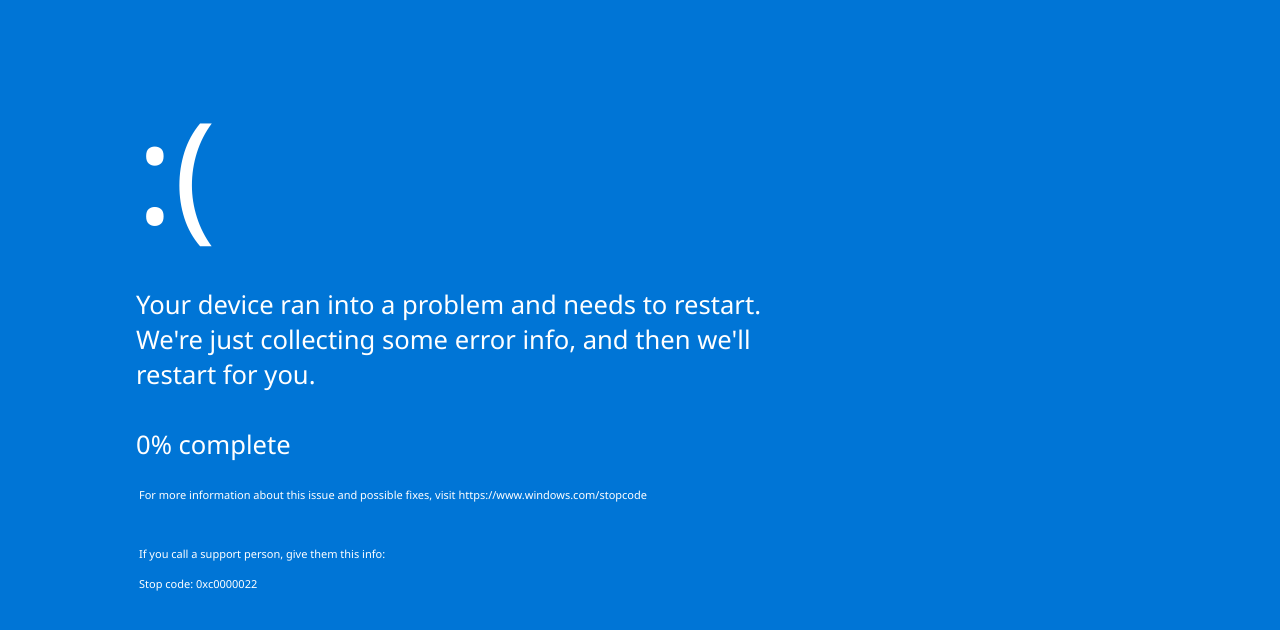
Repository: end888160/end888160.github.io
Page: BSoD2.html
The author's editor kept a copy of each file at every save. The page is drawn from the files as they stood at one save, then again after the next save.
The browser window is 1280 px wide. The pictures show the whole page.

Above is the page before, as saved 2024-09-22 23:18:07.

### BSoD2.html
<!DOCTYPE html>
<html lang="en">
	<meta name="viewport" content="width=device-width, initial-scale=1">
<style>
   html {
		font-family: 'Segoe UI', Tahoma, Geneva, Verdana, sans-serif!important;
		background-color: #0075d6!important;
		color:#ffffff!important;
		padding-left: 10vw;
	}

	#face {
		padding-top: 9vh;
		font-weight: 300;
		font-size: 11vw;
	}

	#your {
		font-weight: 100;
		font-size: 2vw;

	}
	#for {
		font-weight: 100;
		font-size: 11px;
	}

</style>
<div id="face">:(</div><br>
<div id="your">Your device ran into a problem and needs to restart.<br>
	We're just collecting some error info, and then we'll<br>
	restart for you.<br>
	<br>
	0% complete </div>
	<br>
	<table>
		<td><div id="for">For more information about this issue and possible fixes, visit https://www.windows.com/stopcode</div><br>
		<br>
		<div id="for">If you call a support person, give them this info:<br><br>
		Stop code: 0xc0000022 </div>
		</td>
	</table>
</html>

After the next save:
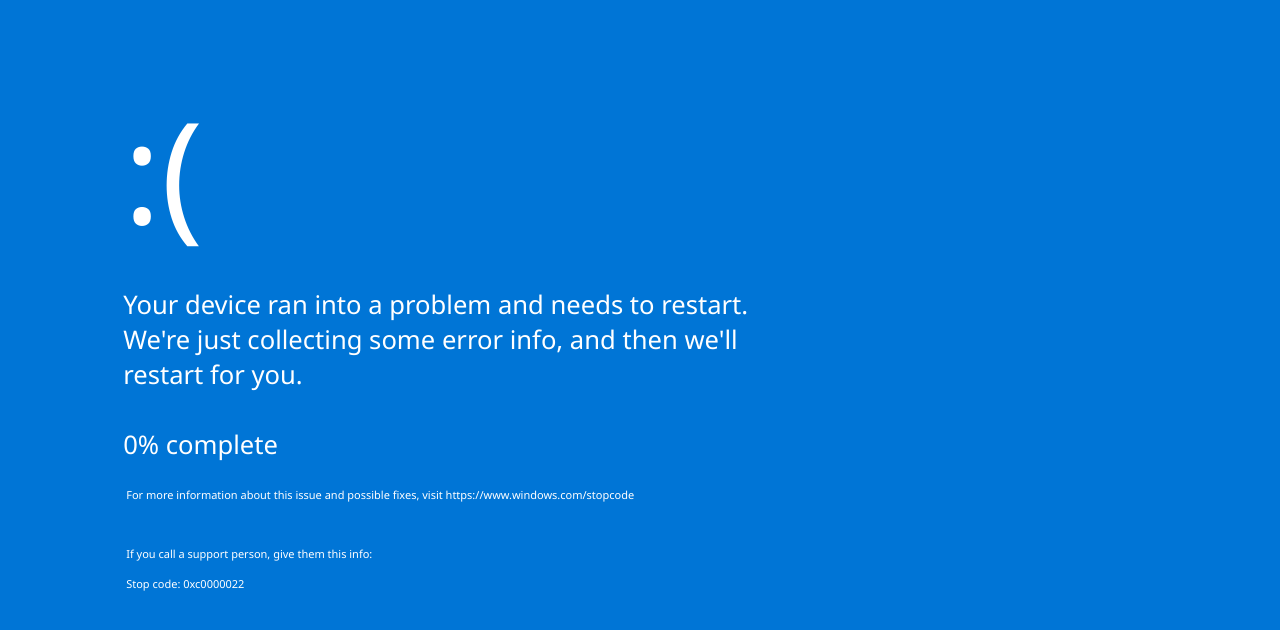
Saved 95 s later.
--- a/BSoD2.html
+++ b/BSoD2.html
@@ -6,7 +6,7 @@
 		font-family: 'Segoe UI', Tahoma, Geneva, Verdana, sans-serif!important;
 		background-color: #0075d6!important;
 		color:#ffffff!important;
-		padding-left: 10vw;
+		padding-left: 9vw;
 	}
 
 	#face {
